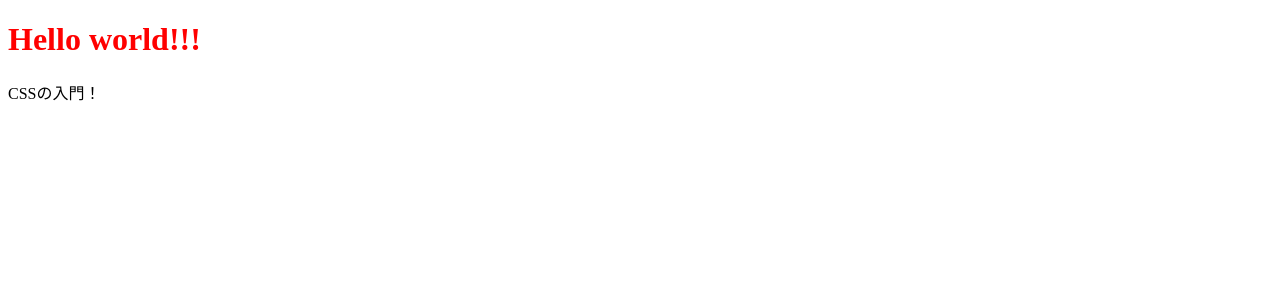
Repository: riharada/inventory
Page: html/css_intro/index.html
The author's editor kept a record of every edit. The page is drawn from the files as they stood at one moment, then again after the next edit.
The browser window is 1280 px wide. The pictures show the whole page.

Above is the page before.

After the next edit:
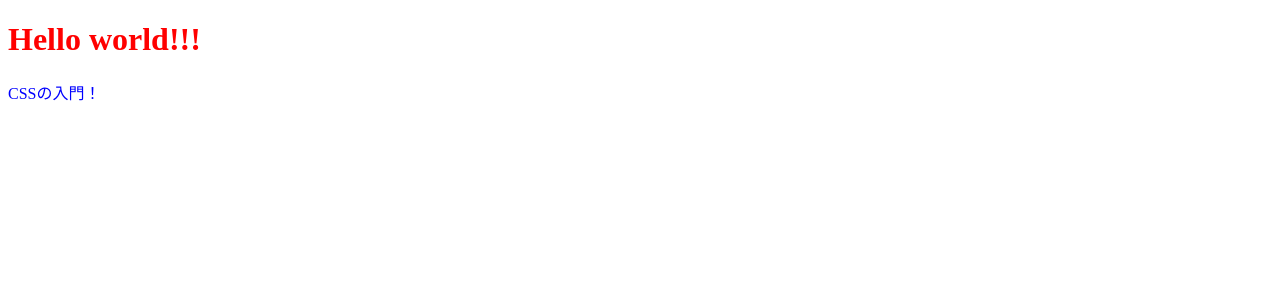
The edit:
--- a/html/css_intro/index.html
+++ b/html/css_intro/index.html
@@ -8,6 +8,9 @@
     #title {
       color: red;
     }
+    .description {
+      color: blue;
+    }
   </style>
 </head>
   <body>
